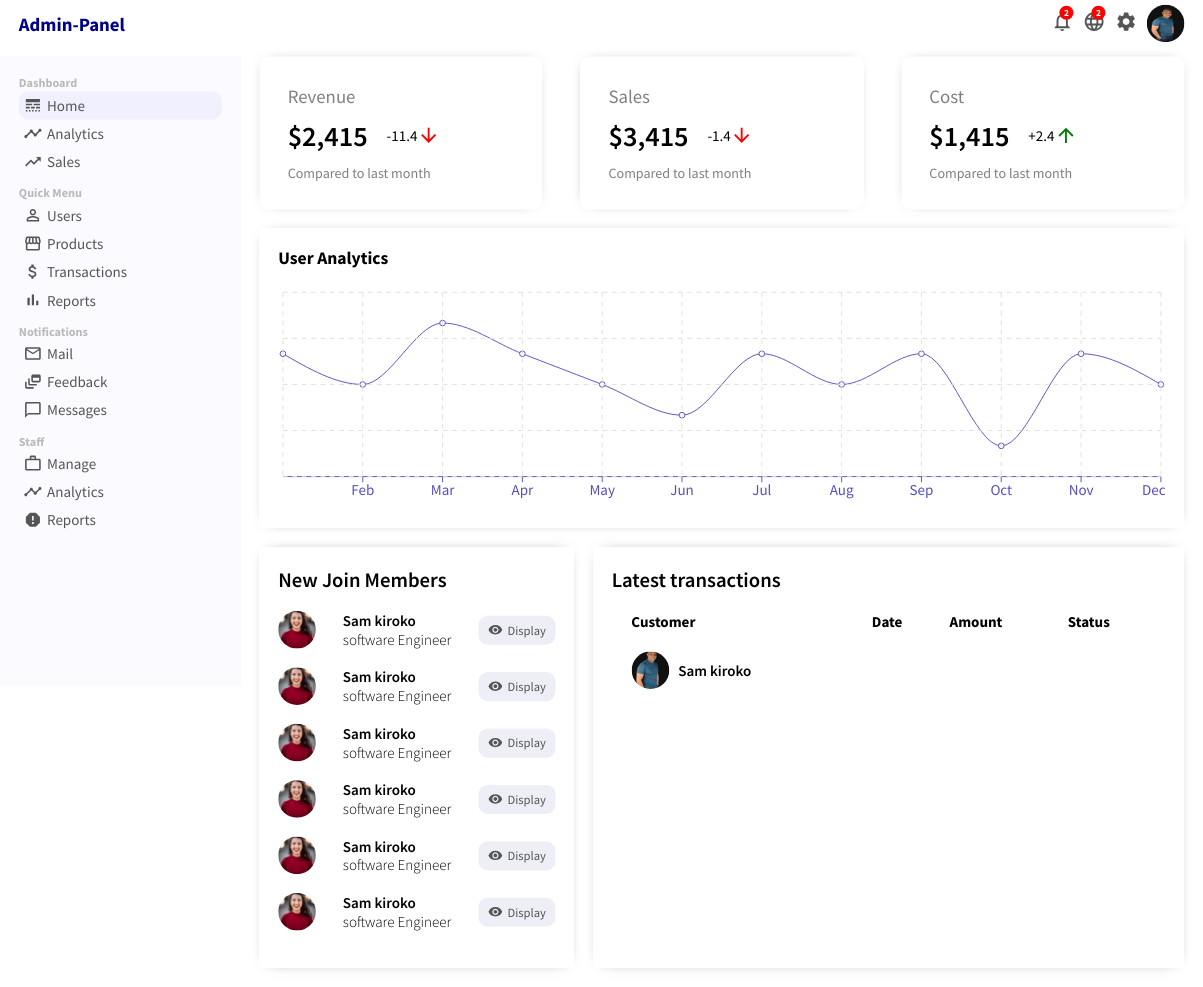
Repository: Samkiroko/admin-panel-ui
Page: /newUser
An editor plug-in stored every save of this project. The page is shown before and after the next save, followed by the edit.
The browser window is 1280 px wide. The pictures show the whole page, at 94% of full size.
The project was rebuilt for these pictures with package versions that can differ from the ones it lists, and the page was loaded fresh each time.

Above is the page before, as saved 2021-09-22 22:12:58.

### public/index.html
<!DOCTYPE html>
<html lang="en">
  <head>
    <meta charset="utf-8" />

    <meta name="viewport" content="width=device-width, initial-scale=1" />
    <meta name="theme-color" content="#000000" />
    <meta
      name="description"
      content="Web site created using create-react-app"
    />
    <link rel="preconnect" href="https://fonts.googleapis.com" />
    <link rel="preconnect" href="https://fonts.gstatic.com" crossorigin />
    <link
      href="https://fonts.googleapis.com/css2?family=Source+Sans+Pro:wght@200;300;400;600;700;900&display=swap"
      rel="stylesheet"
    />

    <style>
      * {
        font-family: "Source Sans Pro", sans-serif;
        margin: 0;
      }
    </style>
    <title>React admin panel</title>
  </head>

  <body>
    <noscript>You need to enable JavaScript to run this app.</noscript>
    <div id="root"></div>
  </body>
</html>

### src/App.js
import Sidebar from './components/sidebar/Sidebar'
import Topbar from './components/topbar/Topbar'
import './app.css'
import Home from './pages/home/Home'

function App() {
  return (
    <div className='App'>
      <Topbar />
      <div className='container'>
        <Sidebar />
        <Home />
      </div>
    </div>
  )
}

export default App

### src/components/sidebar/Sidebar.js
import {
  LineStyle,
  Timeline,
  TrendingUp,
  PermIdentity,
  Storefront,
  AttachMoney,
  BarChart,
  MailOutline,
  DynamicFeed,
  ChatBubbleOutline,
  WorkOutline,
  Report,
} from '@material-ui/icons'
import React from 'react'
import './sidebar.css'

const Sidebar = () => {
  return (
    <div className='sidebar'>
      <div className='sidebarWrapper'>
        <div className='sidebarMenu'>
          <h3 className='sidebarTitle'>Dashboard</h3>
          <ul className='sidebarList'>
            <li className='sidebarListItem active'>
              <LineStyle className='sidebarIcon' />
              Home
            </li>

            <li className='sidebarListItem'>
              <Timeline className='sidebarIcon' />
              Analytics
            </li>
            <li className='sidebarListItem'>
              <TrendingUp className='sidebarIcon' />
              Sales
            </li>
          </ul>
        </div>
        <div className='sidebarMenu'>
          <h3 className='sidebarTitle'>Quick Menu</h3>
          <ul className='sidebarList'>
            <li className='sidebarListItem'>
              <PermIdentity className='sidebarIcon' />
              Users
            </li>

            <li className='sidebarListItem'>
              <Storefront className='sidebarIcon' />
              Products
            </li>

            <li className='sidebarListItem'>
              <AttachMoney className='sidebarIcon' />
              Transactions
            </li>
            <li className='sidebarListItem'>
              <BarChart className='sidebarIcon' />
              Reports
            </li>
          </ul>
        </div>
        <div className='sidebarMenu'>
          <h3 className='sidebarTitle'>Notifications</h3>
          <ul className='sidebarList'>
            <li className='sidebarListItem'>
              <MailOutline className='sidebarIcon' />
              Mail
            </li>
            <li className='sidebarListItem'>
              <DynamicFeed className='sidebarIcon' />
              Feedback
            </li>
            <li className='sidebarListItem'>
              <ChatBubbleOutline className='sidebarIcon' />
              Messages
            </li>
          </ul>
        </div>
        <div className='sidebarMenu'>
          <h3 className='sidebarTitle'>Staff</h3>
          <ul className='sidebarList'>
            <li className='sidebarListItem'>
              <WorkOutline className='sidebarIcon' />
              Manage
            </li>
            <li className='sidebarListItem'>
              <Timeline className='sidebarIcon' />
              Analytics
            </li>
            <li className='sidebarListItem'>
              <Report className='sidebarIcon' />
              Reports
            </li>
          </ul>
        </div>
      </div>
    </div>
  )
}

export default Sidebar

### src/components/topbar/Topbar.js
import React from 'react'
import './topbar.css'
import { Language, NotificationsNone, Settings } from '@material-ui/icons'
import avatar from '../../images/sam_pic.jpeg'
const Topbar = () => {
  return (
    <div className='topbar'>
      <div className='topbarWrapper'>
        <div className='topLeft'>
          <span className='logo'>Admin-Panel</span>
        </div>
        <div className='topRight'>
          <div className='topbarIconContainer'>
            <NotificationsNone />
            <span className='topIconBadge'>2</span>
          </div>
          <div className='topbarIconContainer'>
            <Language />
            <span className='topIconBadge'>2</span>
          </div>
          <div className='topbarIconContainer'>
            <Settings />
          </div>
          <img src={avatar} alt='avatar' className='topAvatar' />
        </div>
      </div>
    </div>
  )
}

export default Topbar

### src/app.css
.container {
    display: flex;
    margin-top: 10px;
}

.link {
    text-decoration: none;
    color: inherit;
}

### src/pages/home/Home.js
import React from 'react'
import Chart from '../../components/chart/Chart'
import FeatureInfo from '../../components/featuredInfo/FeatureInfo'
import './home.css'
import { userData } from '../../dummyData'
import WidgetLg from '../../components/widgetLg/WidgetLg'
import WidgetSm from '../../components/widgetSm/WidgetSm'

const Home = () => {
  return (
    <div className='home'>
      <FeatureInfo />
      <Chart data={userData} title='User Analytics' grid dataKey='Active User' />
      <div className='homeWidgets'>
        <WidgetSm />
        <WidgetLg />
      </div>
    </div>
  )
}

export default Home

### src/components/sidebar/sidebar.css
.sidebar {
    flex: 1;
    height: calc(100vh - 50px);
    background-color: rgb(251, 251, 255);
    position: sticky;
    top: 50px;
}

.sidebarWrapper {
    padding: 20px;
    color: #555;
}

.sidebarMenu {
    margin-bottom: 10px;
}

.sidebarTitle {
    font-size: 13px;
    color: rgb(187, 186, 186);
}

.sidebarList {
    list-style: none;
    padding: 0;
}

.sidebarListItem {
    padding: 5px;
    cursor: pointer;
    display: flex;
    align-items: center;
    border-radius: 10px;
}

.sidebarListItem.active,
.sidebarListItem:hover {
    background-color: rgb(240, 240, 255);
}

.sidebarIcon {
    margin-right: 5px;
    font-size: 20px !important;
}

### src/components/topbar/topbar.css
.topbar {
    width: 100%;
    height: 50px;
    background-color: white;
    position: sticky;
    top: 0;
    z-index: 999;
}

.topbarWrapper {
    height: 100%;
    padding: 0px 20px;
    display: flex;
    align-items: center;
    justify-content: space-between;
}

.logo {
    font-weight: bold;
    font-size: 20px;
    color: darkblue;
    cursor: pointer;
}

.topbarIconContainer {
    position: relative;
    align-items: center;
    margin-right: 10px;
    color: #555;
}

.topIconBadge {
    width: 15px;
    height: 15px;
    position: absolute;
    top: -5px;
    right: 0px;
    background-color: red;
    color: white;
    border-radius: 50%;
    display: flex;
    align-items: center;
    justify-content: center;
    font-size: 10px;
    font-weight: bold;
}

.topRight {
    display: flex;
    align-items: center;
    cursor: pointer;
}

.topAvatar {
    width: 40px;
    height: 40px;
    border-radius: 50%;
    cursor: pointer;
}

### src/components/chart/Chart.js
import './chart.css'
import { LineChart, Line, XAxis, CartesianGrid, Tooltip, ResponsiveContainer } from 'recharts'

export default function Chart({ title, data, dataKey, grid }) {
  return (
    <div className='chart'>
      <h3 className='chartTitle'>{title}</h3>
      <ResponsiveContainer width='100%' aspect={4 / 1}>
        <LineChart data={data}>
          <XAxis dataKey='name' stroke='#5550bd' />
          <Line type='monotone' dataKey={dataKey} stroke='#5550bd' />
          <Tooltip />
          {grid && <CartesianGrid stroke='#e0dfdf' strokeDasharray='5 5' />}
        </LineChart>
      </ResponsiveContainer>
    </div>
  )
}

### src/components/featuredInfo/FeatureInfo.js
import { ArrowDownward, ArrowUpward } from '@material-ui/icons'
import React from 'react'
import './featureInfo.css'

const FeatureInfo = () => {
  return (
    <div className='featured'>
      <div className='featuredItem'>
        <span className='featuredTitle'>Revenue</span>
        <div className='featuredMoneyContainer'>
          <span className='featuredMoney'>$2,415</span>
          <span className='featuredMoneyRate'>
            -11.4
            <ArrowDownward className='featuredIcon negative' />
          </span>
        </div>
        <span className='featuredSub'>Compared to last month</span>
      </div>
      <div className='featuredItem'>
        <span className='featuredTitle'>Sales</span>
        <div className='featuredMoneyContainer'>
          <span className='featuredMoney'>$3,415</span>
          <span className='featuredMoneyRate'>
            -1.4
            <ArrowDownward className='featuredIcon negative' />
          </span>
        </div>
        <span className='featuredSub'>Compared to last month</span>
      </div>{' '}
      <div className='featuredItem'>
        <span className='featuredTitle'>Cost</span>
        <div className='featuredMoneyContainer'>
          <span className='featuredMoney'>$1,415</span>
          <span className='featuredMoneyRate'>
            +2.4
            <ArrowUpward className='featuredIcon ' />
          </span>
        </div>
        <span className='featuredSub'>Compared to last month</span>
      </div>
    </div>
  )
}

export default FeatureInfo

### src/dummyData.js
export const userData = [
  {
    name: 'Jan',
    'Active User': 4000,
  },
  {
    name: 'Feb',
    'Active User': 3000,
  },
  {
    name: 'Mar',
    'Active User': 5000,
  },
  {
    name: 'Apr',
    'Active User': 4000,
  },
  {
    name: 'May',
    'Active User': 3000,
  },
  {
    name: 'Jun',
    'Active User': 2000,
  },
  {
    name: 'Jul',
    'Active User': 4000,
  },
  {
    name: 'Aug',
    'Active User': 3000,
  },
  {
    name: 'Sep',
    'Active User': 4000,
  },
  {
    name: 'Oct',
    'Active User': 1000,
  },
  {
    name: 'Nov',
    'Active User': 4000,
  },
  {
    name: 'Dec',
    'Active User': 3000,
  },
]

export const productData = [
  {
    name: 'Jan',
    Sales: 4000,
  },
  {
    name: 'Feb',
    Sales: 3000,
  },
  {
    name: 'Mar',
    Sales: 5000,
  },
]

export const userRows = [
  {
    id: 1,
    username: 'Jon Snow',
    avatar: 'https://images.pexels.com/photos/1152994/pexels-photo-1152994.jpeg?auto=compress&cs=tinysrgb&dpr=2&w=500',
    email: 'jon@gmail.com',
    status: 'active',
    transaction: '$120.00',
  },
  {
    id: 2,
    username: 'Jon Snow',
    avatar: 'https://images.pexels.com/photos/1152994/pexels-photo-1152994.jpeg?auto=compress&cs=tinysrgb&dpr=2&w=500',
    email: 'jon@gmail.com',
    status: 'active',
    transaction: '$120.00',
  },
  {
    id: 3,
    username: 'Jon Snow',
    avatar: 'https://images.pexels.com/photos/1152994/pexels-photo-1152994.jpeg?auto=compress&cs=tinysrgb&dpr=2&w=500',
    email: 'jon@gmail.com',
    status: 'active',
    transaction: '$120.00',
  },
  {
    id: 4,
    username: 'Jon Snow',
    avatar: 'https://images.pexels.com/photos/1152994/pexels-photo-1152994.jpeg?auto=compress&cs=tinysrgb&dpr=2&w=500',
    email: 'jon@gmail.com',
    status: 'active',
    transaction: '$120.00',
  },
  {
    id: 5,
    username: 'Jon Snow',
    avatar: 'https://images.pexels.com/photos/1152994/pexels-photo-1152994.jpeg?auto=compress&cs=tinysrgb&dpr=2&w=500',
    email: 'jon@gmail.com',
    status: 'active',
    transaction: '$120.00',
  },
  {
    id: 6,
    username: 'Jon Snow',
    avatar: 'https://images.pexels.com/photos/1152994/pexels-photo-1152994.jpeg?auto=compress&cs=tinysrgb&dpr=2&w=500',
    email: 'jon@gmail.com',
    status: 'active',
    transaction: '$120.00',
  },
  {
    id: 7,
    username: 'Jon Snow',
    avatar: 'https://images.pexels.com/photos/1152994/pexels-photo-1152994.jpeg?auto=compress&cs=tinysrgb&dpr=2&w=500',
    email: 'jon@gmail.com',
    status: 'active',
    transaction: '$120.00',
  },
  {
    id: 8,
    username: 'Jon Snow',
    avatar: 'https://images.pexels.com/photos/1152994/pexels-photo-1152994.jpeg?auto=compress&cs=tinysrgb&dpr=2&w=500',
    email: 'jon@gmail.com',
    status: 'active',
    transaction: '$120.00',
  },
  {
    id: 9,
    username: 'Jon Snow',
    avatar: 'https://images.pexels.com/photos/1152994/pexels-photo-1152994.jpeg?auto=compress&cs=tinysrgb&dpr=2&w=500',
    email: 'jon@gmail.com',
    status: 'active',
    transaction: '$120.00',
  },
  {
    id: 10,
    username: 'Jon Snow',
    avatar: 'https://images.pexels.com/photos/1152994/pexels-photo-1152994.jpeg?auto=compress&cs=tinysrgb&dpr=2&w=500',
    email: 'jon@gmail.com',
    status: 'active',
    transaction: '$120.00',
  },
]

export const productRows = [
  {
    id: 1,
    name: 'Apple Airpods',
    img: 'https://images.pexels.com/photos/7156886/pexels-photo-7156886.jpeg?auto=compress&cs=tinysrgb&dpr=2&w=500',
    stock: 123,
    status: 'active',
    price: '$120.00',
  },
  {
    id: 2,
    name: 'Apple Airpods',
    img: 'https://images.pexels.com/photos/7156886/pexels-photo-7156886.jpeg?auto=compress&cs=tinysrgb&dpr=2&w=500',
    stock: 123,
    status: 'active',
    price: '$120.00',
  },
  {
    id: 3,
    name: 'Apple Airpods',
    img: 'https://images.pexels.com/photos/7156886/pexels-photo-7156886.jpeg?auto=compress&cs=tinysrgb&dpr=2&w=500',
    stock: 123,
    status: 'active',
    price: '$120.00',
  },
  {
    id: 4,
    name: 'Apple Airpods',
    img: 'https://images.pexels.com/photos/7156886/pexels-photo-7156886.jpeg?auto=compress&cs=tinysrgb&dpr=2&w=500',
    stock: 123,
    status: 'active',
    price: '$120.00',
  },
  {
    id: 5,
    name: 'Apple Airpods',
    img: 'https://images.pexels.com/photos/7156886/pexels-photo-7156886.jpeg?auto=compress&cs=tinysrgb&dpr=2&w=500',
    stock: 123,
    status: 'active',
    price: '$120.00',
  },
  {
    id: 6,
    name: 'Apple Airpods',
    img: 'https://images.pexels.com/photos/7156886/pexels-photo-7156886.jpeg?auto=compress&cs=tinysrgb&dpr=2&w=500',
    stock: 123,
    status: 'active',
    price: '$120.00',
  },
  {
    id: 7,
    name: 'Apple Airpods',
    img: 'https://images.pexels.com/photos/7156886/pexels-photo-7156886.jpeg?auto=compress&cs=tinysrgb&dpr=2&w=500',
    stock: 123,
    status: 'active',
    price: '$120.00',
  },
  {
    id: 8,
    name: 'Apple Airpods',
    img: 'https://images.pexels.com/photos/7156886/pexels-photo-7156886.jpeg?auto=compress&cs=tinysrgb&dpr=2&w=500',
    stock: 123,
    status: 'active',
    price: '$120.00',
  },
  {
    id: 9,
    name: 'Apple Airpods',
    img: 'https://images.pexels.com/photos/7156886/pexels-photo-7156886.jpeg?auto=compress&cs=tinysrgb&dpr=2&w=500',
    stock: 123,
    status: 'active',
    price: '$120.00',
  },
  {
    id: 10,
    name: 'Apple Airpods',
    img: 'https://images.pexels.com/photos/7156886/pexels-photo-7156886.jpeg?auto=compress&cs=tinysrgb&dpr=2&w=500',
    stock: 123,
    status: 'active',
    price: '$120.00',
  },
]

### src/components/widgetLg/WidgetLg.js
import React from 'react'
import './widgetLg.css'
import avatar from '../../images/sam_pic.jpeg'

const WidgetLg = () => {
  return (
    <div className='widgetLg'>
      <h3 className='widgetLgTitle'>Latest transactions</h3>
      <table className='widgetLgTable'>
        <tr className='widgetLgTr'>
          <th className='widgetLgTh'>Customer</th>
          <th className='widgetLgTh'>Date</th>
          <th className='widgetLgTh'>Amount</th>
          <th className='widgetLgTh'>Status</th>
        </tr>
        <tr className='widgetLgTr'>
          <td className='widgetLgUser'>
            {' '}
            <img src={avatar} alt='avatar' className=' widgetLgImg' />
            <span className='widgetLgName'>Sam kiroko</span>
          </td>
        </tr>
      </table>
    </div>
  )
}

export default WidgetLg

### src/components/widgetSm/WidgetSm.js
import React from 'react'
import './widgetSm.css'
import avatar from '../../images/avatar2.jpg'
import { Visibility } from '@material-ui/icons'

const WidgetSm = () => {
  return (
    <div className='widgetSm'>
      <span className='widgetSmTitle'>New Join Members</span>
      <ul className='widgetSmList'>
        <li className='widgetSmListItem'>
          <img src={avatar} alt='avatar' className='widgetSmImg' />
          <div className='widgetSmUser'>
            <span className='widgetSmUsername'>Sam kiroko</span>
            <span className='widgetSmUserTitle'>software Engineer</span>
          </div>
          <button className='widgetSmButton'>
            <Visibility className='widgetSmIcon' />
            Display
          </button>
        </li>
        <li className='widgetSmListItem'>
          <img src={avatar} alt='avatar' className='widgetSmImg' />
          <div className='widgetSmUser'>
            <span className='widgetSmUsername'>Sam kiroko</span>
            <span className='widgetSmUserTitle'>software Engineer</span>
          </div>
          <button className='widgetSmButton'>
            <Visibility className='widgetSmIcon' />
            Display
          </button>
        </li>{' '}
        <li className='widgetSmListItem'>
          <img src={avatar} alt='avatar' className='widgetSmImg' />
          <div className='widgetSmUser'>
            <span className='widgetSmUsername'>Sam kiroko</span>
            <span className='widgetSmUserTitle'>software Engineer</span>
          </div>
          <button className='widgetSmButton'>
            <Visibility className='widgetSmIcon' />
            Display
          </button>
        </li>{' '}
        <li className='widgetSmListItem'>
          <img src={avatar} alt='avatar' className='widgetSmImg' />
          <div className='widgetSmUser'>
            <span className='widgetSmUsername'>Sam kiroko</span>
            <span className='widgetSmUserTitle'>software Engineer</span>
          </div>
          <button className='widgetSmButton'>
            <Visibility className='widgetSmIcon' />
            Display
          </button>
        </li>{' '}
        <li className='widgetSmListItem'>
          <img src={avatar} alt='avatar' className='widgetSmImg' />
          <div className='widgetSmUser'>
            <span className='widgetSmUsername'>Sam kiroko</span>
            <span className='widgetSmUserTitle'>software Engineer</span>
          </div>
          <button className='widgetSmButton'>
            <Visibility className='widgetSmIcon' />
            Display
          </button>
        </li>{' '}
        <li className='widgetSmListItem'>
          <img src={avatar} alt='avatar' className='widgetSmImg' />
          <div className='widgetSmUser'>
            <span className='widgetSmUsername'>Sam kiroko</span>
            <span className='widgetSmUserTitle'>software Engineer</span>
          </div>
          <button className='widgetSmButton'>
            <Visibility className='widgetSmIcon' />
            Display
          </button>
        </li>
      </ul>
    </div>
  )
}

export default WidgetSm

### src/components/chart/chart.css
.chart {
    margin: 20px;
    padding: 20px;
    cursor: pointer;
    -webkit-box-shadow: 0px 0px 15px -10px rgba(0, 0, 0, 0.75);
    box-shadow: 0px 0px 15px -10px rgba(0, 0, 0, 0.75);
}

.chartTitle {
    margin-bottom: 20px;
}

### src/components/featuredInfo/featureInfo.css
.featured {
    width: 100%;
    display: flex;
    justify-content: space-between;
}

.featuredItem {
    flex: 1;
    margin: 0px 20px;
    padding: 30px;
    border-radius: 10px;
    cursor: pointer;
    -webkit-box-shadow: 0px 0px 15px -10px rgba(0, 0, 0, 0.75);
    box-shadow: 0px 0px 15px -10px rgba(0, 0, 0, 0.75);
}

.featuredTitle {
    font-size: 20px;
    color: gray;
}

.featuredMoneyContainer {
    margin: 10px 0px;
    display: flex;
    align-items: center;
}

.featuredMoney {
    font-size: 30px;
    font-weight: 600;
}

.featuredMoneyRate {
    display: flex;
    align-items: center;
    margin-left: 20px;
}

.featuredIcon {
    font-size: 14px;
    margin-right: 5px;
    color: green;
}

.featuredIcon.negative {
    color: red;
}

.featuredSub {
    font-size: 15px;
    color: gray;
}

### src/components/widgetLg/widgetLg.css
.widgetLg {
    flex: 2;
    -webkit-box-shadow: 0px 0px 15px -10px rgba(0, 0, 0, 0.75);
    box-shadow: 0px 0px 15px -10px rgba(0, 0, 0, 0.75);
    padding: 20px;
}

.widgetLgTitle {
    font-size: 22px;
    font-weight: 600;
}

.widgetLgTable {
    width: 100%;
    border-spacing: 20px;
}

.widgetLgTh {
    text-align: left;
}

.widgetLgUser {
    display: flex;
    align-items: center;
    font-weight: 600;
}

.widgetLgImg {
    width: 40px;
    height: 40px;
    border-radius: 50%;
    object-fit: cover;
    margin-right: 10px;
}

.widgetLgDate,
.widgetLgAmount {
    font-weight: 300;
}

.widgetLgButton {
    padding: 5px 7px;
    border: none;
    border-radius: 10px;
}

.widgetLgButton.Approved {
    background-color: #e5faf2;
    color: #3bb077;
}

.widgetLgButton.Declined {
    background-color: #fff0f1;
    color: #d95087;
}

.widgetLgButton.Pending {
    background-color: #ebf1fe;
    color: #2a7ade;
}

### src/components/widgetSm/widgetSm.css
.widgetSm {
    flex: 1;
    -webkit-box-shadow: 0px 0px 15px -10px rgba(0, 0, 0, 0.75);
    box-shadow: 0px 0px 15px -10px rgba(0, 0, 0, 0.75);
    padding: 20px;
    margin-right: 20px;
}

.widgetSmTitle {
    font-size: 22px;
    font-weight: 600;
}

.widgetSmImg {
    width: 40px;
    height: 40px;
    border-radius: 50%;
    object-fit: cover;
}

.widgetSmList {
    margin: 0;
    padding: 0;
    list-style: none;
}

.widgetSmListItem {
    display: flex;
    align-items: center;
    justify-content: space-between;
    margin: 20px 0px;
}

.widgetSmUser {
    display: flex;
    flex-direction: column;
}

.widgetSmUsername {
    font-weight: 600;
}

.widgetSmUserTitle {
    font-weight: 300;
}

.widgetSmButton {
    display: flex;
    align-items: center;
    border: none;
    border-radius: 10px;
    padding: 7px 10px;
    background-color: #eeeef7;
    color: #555;
    cursor: pointer;
}

.widgetSmIcon {
    font-size: 16px !important;
    margin-right: 5px;
}

Loaded but not shown: src/index.js (common file); src/index.css (common file); src/pages/home/home.css (common file)

After the next save:
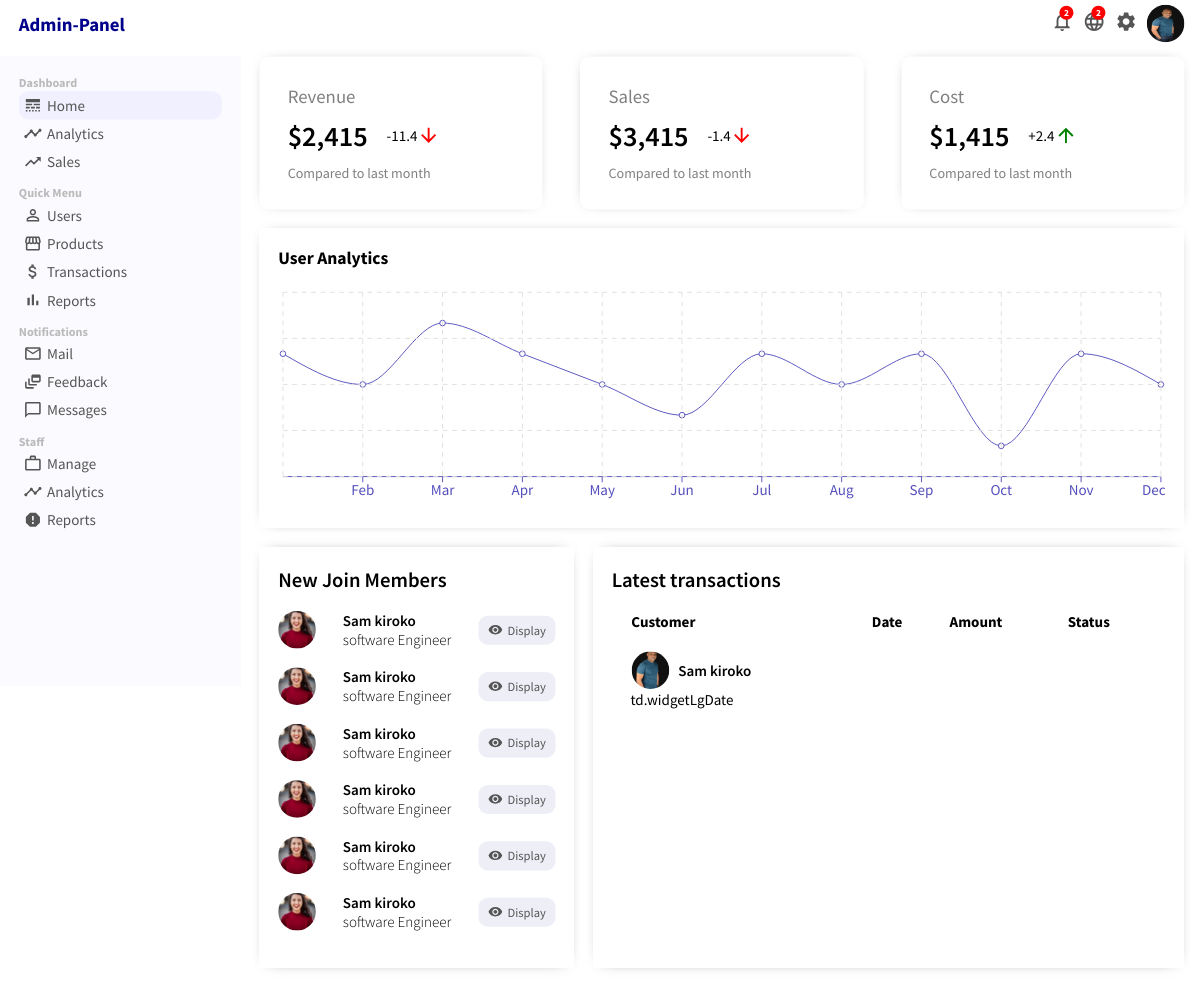
Saved 4 min 35 s later.
--- a/src/components/widgetLg/WidgetLg.js
+++ b/src/components/widgetLg/WidgetLg.js
@@ -3,6 +3,9 @@ import './widgetLg.css'
 import avatar from '../../images/sam_pic.jpeg'
 
 const WidgetLg = () => {
+  const Button = ({ type }) => {
+    return <button className={'widgetLgButton' + type}>{type}</button>
+  }
   return (
     <div className='widgetLg'>
       <h3 className='widgetLgTitle'>Latest transactions</h3>
@@ -19,6 +22,7 @@ const WidgetLg = () => {
             <img src={avatar} alt='avatar' className=' widgetLgImg' />
             <span className='widgetLgName'>Sam kiroko</span>
           </td>
+          td.widgetLgDate
         </tr>
       </table>
     </div>
